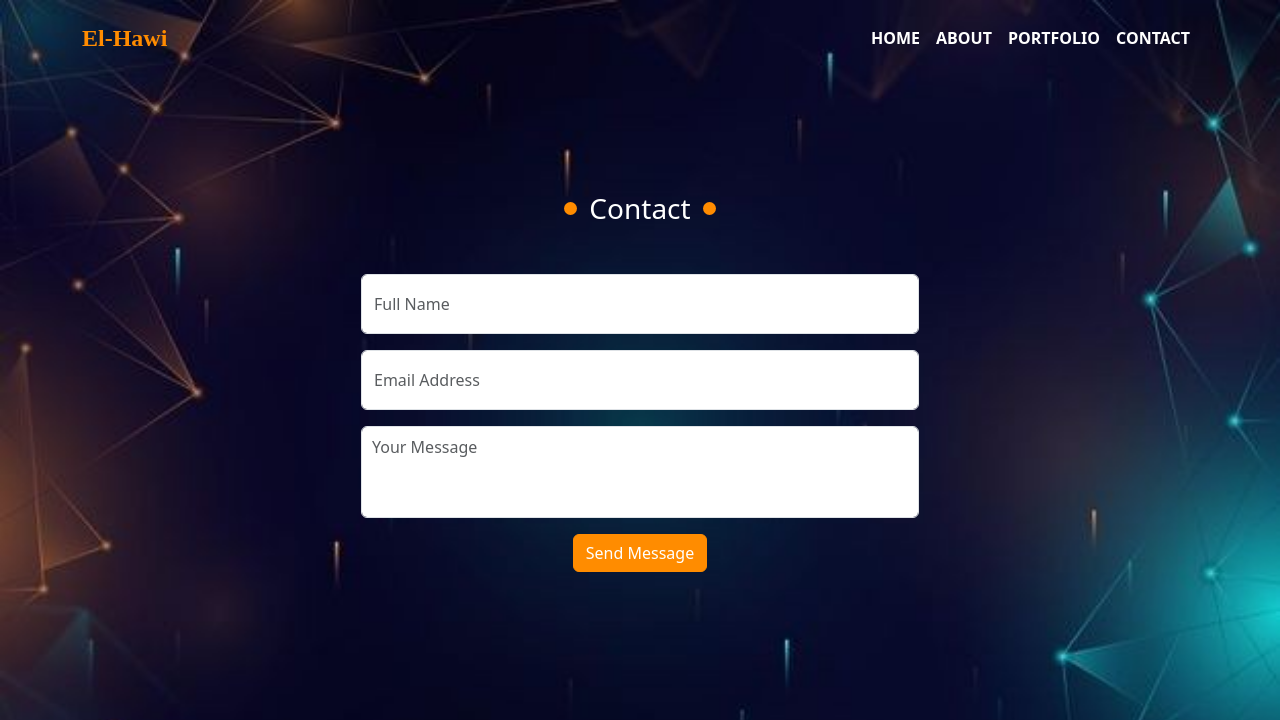
Repository: amralhawi123/Portfolio
Page: /contact
These files come from the project's save history. The page is drawn as it stood at one moment and after a run of saves; the edit follows.
The browser window is 1280 px wide. The pictures show the whole page.
The project was rebuilt for these pictures with package versions that can differ from the ones it lists, and the page was loaded fresh each time. Also part of the build but not shown: src/components/landing/landing.css, src/components/landing/landing.js, src/components/about/about.css, src/components/about/About.js, src/components/Portfolio/portfolio.css, src/components/Portfolio/Portfolio.js. Imported but missing from the stored project, and not drawn on this page: src/image/Amr Mahmoud Alhawi.pdf.

Above is the page before, as saved 2023-08-28 17:45:07.

After the next 3 saves:
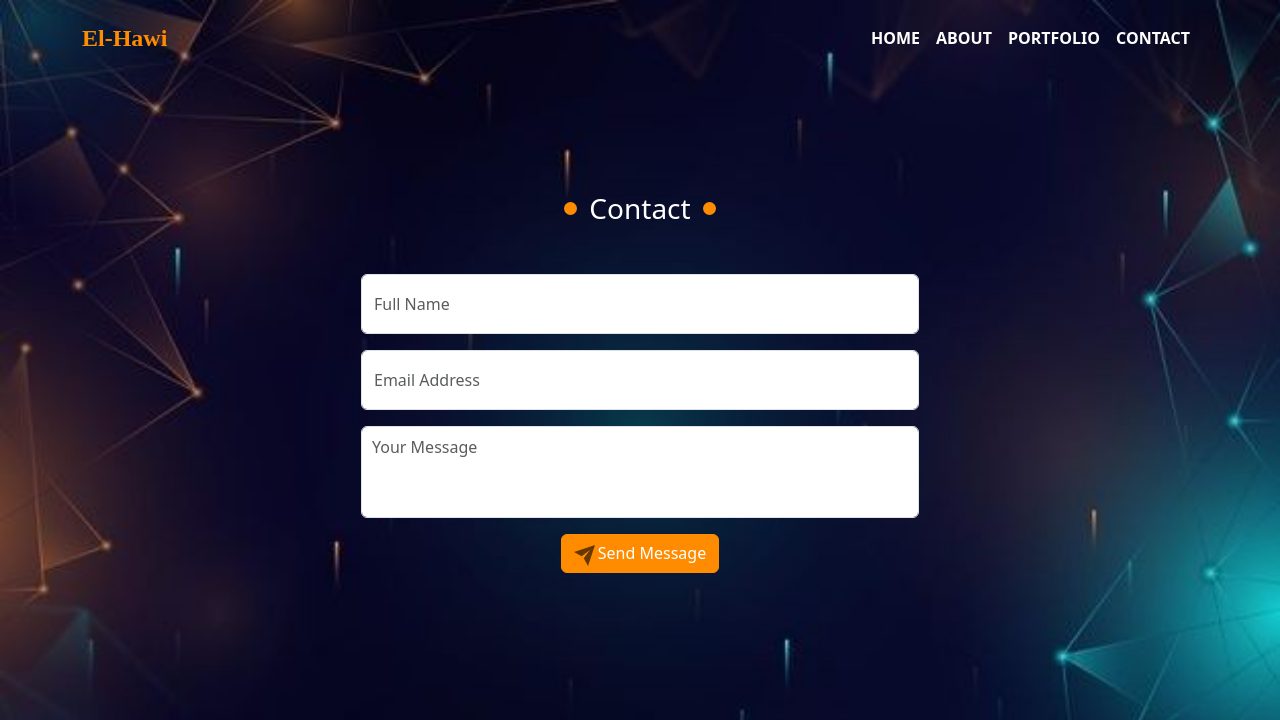
The 3 saves are shown as one change because they came seconds apart.
The last was saved 8 s later.
--- a/src/components/contact/contact.js
+++ b/src/components/contact/contact.js
@@ -18,7 +18,7 @@ const Contact = () => {
         <Form.Control type="text" className='heghit' placeholder="Your Message" />
       </Form.Group>
       <Button variant="primary" className='button' type="submit">
-        <img/>Send Message
+        <img src={send}/>Send Message
       </Button>
     </Form>
     </div>
